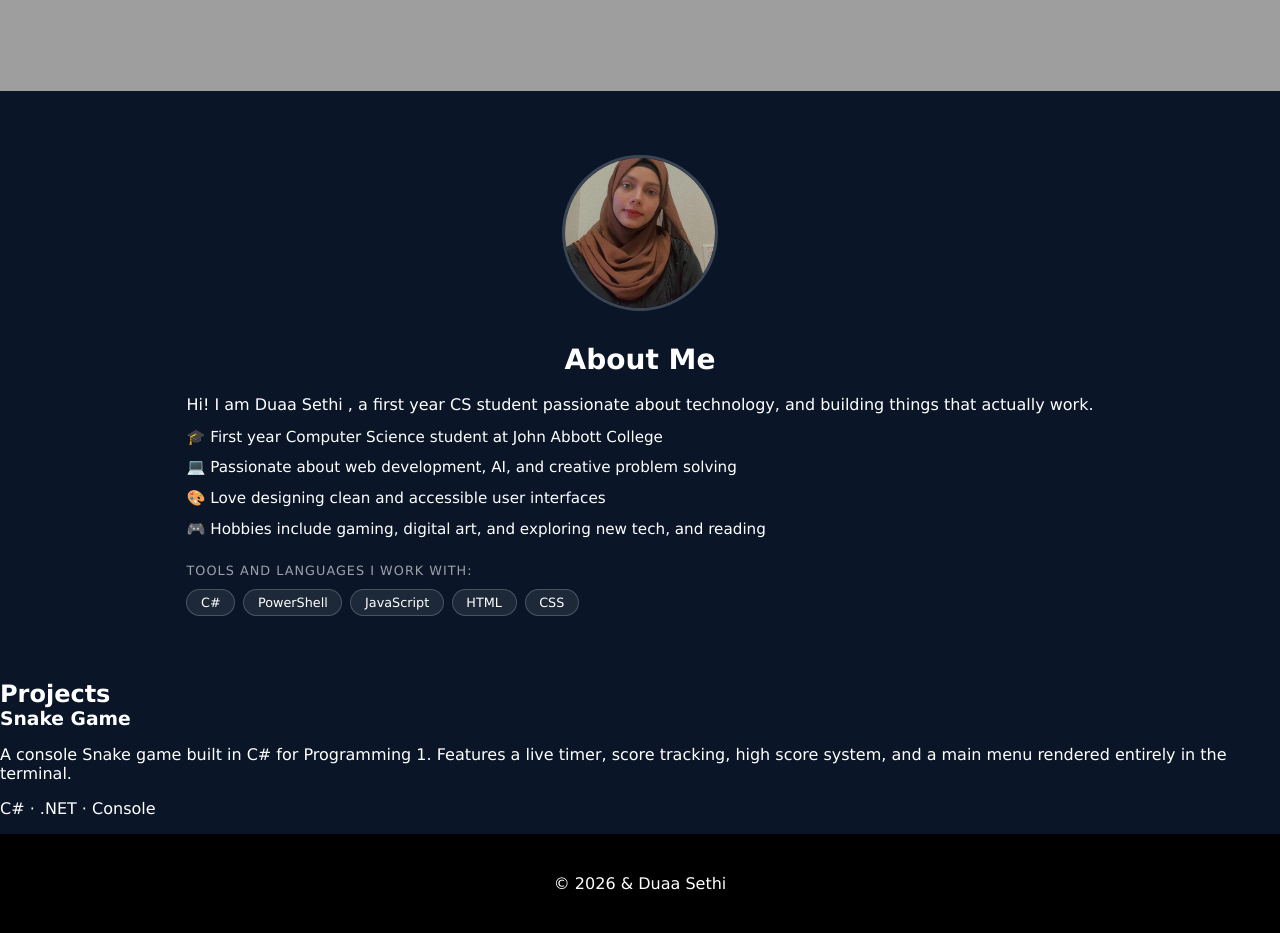
Repository: Duaa-Sethi/Duaa-Sethi
Page: index.html
An editor plug-in stored every save of this project. The page is shown before and after the next save, followed by the edit.
The browser window is 1280 px wide. The pictures show the part of the page from y = 744 to 1696 px (the page is 1677 px tall before and 1696 px after).
Pictures or frames that could not be fetched are drawn as grey boxes. Some web fonts or font styles are not loaded; a fallback is used.

Above is the page before, as saved 2026-05-02 15:09:23.

### index.html
<!doctype html>
<html lang="en">
  <head>
    <meta charset="UTF-8" />
    <meta name="viewport" content="width=device-width, initial-scale=1.0" />
    <title>Dua Portfolio</title>
    <link rel="stylesheet" href="./styles/index.css" />
    <link rel="stylesheet" href="./styles/globals.css" />
  </head>
  <body>
    <!-- NAV -->
    <nav>
      <ul>
        <li><a href="#about">About</a></li>
        <li><a href="#projects">Projects</a></li>
        <li><a href="#contact">Contact</a></li>
      </ul>
    </nav>

    <!-- HERO -->
    <section class="hero">
      <article>
        <h1>Duaa Sethi Portfolio</h1>
        <p>Developer · Designer · Creator</p>
        <a href="#projects">View Projects</a>
      </article>
    </section>

    <!-- ABOUT -->
    <section class="about" id="about">
      <img src="./assets/images/Dua Sethi.jpeg" alt="Photo of Duaa Sethi" />
      <div class="about-text">
        <h2>About Me</h2>
        <p>
          Hi! I am Duaa Sethi , a first year CS student passionate about
          technology, and building things that actually work.
        </p>

        <ul class="about-list">
          <li>🎓 First year Computer Science student at John Abbott College</li>
          <li>
            💻 Passionate about web development, AI, and creative problem
            solving
          </li>
          <li>🎨 Love designing clean and accessible user interfaces</li>
          <li>
            🎮 Hobbies include gaming, digital art, and exploring new tech, and
            reading
          </li>
        </ul>

        <p class="tools-label">Tools and languages I work with:</p>
        <ul class="tools-list">
          <li>C#</li>
          <li>PowerShell</li>
          <li>JavaScript</li>
          <li>HTML</li>
          <li>CSS</li>
        </ul>
      </div>
    </section>

    <!-- PROJECTS -->
    <section class="projects" id="projects">
      <h2>Projects</h2>
      <div class="cards">
        <article class="card">
          <h3>Snake Game</h3>
          <p>
            A console Snake game built in C# for Programming 1. Features a live
            timer, score tracking, high score system, and a main menu rendered
            entirely in the terminal.
          </p>
          <p class="tech">C# · .NET · Console</p>
        </article>
      </div>
    </section>

    <footer>
      <p>© 2026 & Duaa Sethi</p>
    </footer>
  </body>
</html>

### styles/index.css
body {
  background-color: #0a1628;
}

/* NAV */
nav {
  position: sticky;
  top: 0;
  background-color: black;
  padding: 0 1.5rem;
}

nav ul {
  display: flex;
  justify-content: flex-end;
  gap: 1.5rem;
  padding: 1rem 0;
}

nav ul li a {
  font-size: 0.9rem;
}

.hero {
  display: flex;
  align-items: center;
  justify-content: center;
  text-align: center;
  min-height: 100vh;
  padding: 2rem 1.5rem;

  /* dont memorize, copy paste background defs */
  background-image: url(../assets/images/starry\ sky\ animated\ gif\ -\ Google\ Search.gif);
  background-size: cover;
  background-position: center;
  background-repeat: no-repeat;
}

.hero h1 {
  font-size: 2rem;
  margin-bottom: 0.75rem;
}

.hero p {
  font-size: 1rem;
  opacity: 0.75;
  margin: 0 0 1.5rem 0;
}

.hero a {
  border: 2px solid white;
  padding: 0.5rem 1.25rem;
  border-radius: 20px;
  font-size: 0.9rem;
}

.hero a:hover {
  background-color: white;
  color: #0a1628;
  text-decoration: none;
}

/* ABOUT */
.about {
  display: flex;
  flex-direction: column;
  align-items: center;
  gap: 2rem;
  padding: 4rem 1.5rem;
  text-align: center;
}

.about img {
  width: 150px;
  height: 150px;
  border-radius: 50%;
  object-fit: cover;
  border: 3px solid rgba(255, 255, 255, 0.2);
}

.about h2 {
  font-size: 1.75rem;
  margin-bottom: 1rem;
}

.about p {
  margin: 0 0 0.5rem 0;
  line-height: 1.6;
}

.about-list {
  display: flex;
  flex-direction: column;
  gap: 0.5rem;
  text-align: left;
  margin-bottom: 1.25rem;
}

.about-list li {
  font-size: 0.95rem;
  line-height: 1.5;
}

.tools-label {
  font-size: 0.8rem;
  opacity: 0.6;
  text-transform: uppercase;
  letter-spacing: 0.08em;
  text-align: left;
  margin-bottom: 0.5rem;
}

.tools-list {
  display: flex;
  flex-wrap: wrap;
  gap: 0.5rem;
  text-align: left;
}

.tools-list li {
  background-color: rgba(255, 255, 255, 0.08);
  border: 1px solid rgba(255, 255, 255, 0.2);
  border-radius: 20px;
  padding: 0.3rem 0.85rem;
  font-size: 0.8rem;
}
footer {
  text-align: center;
  padding: 1.5rem;
  background-color: black;
}

@media only screen and (min-width: 600px) {
  h1 {
    font-size: 4rem;
  }
}

@media only screen and (min-width: 992px) {
  h1 {
    font-size: 5rem;
  }
}

### styles/globals.css
/* FONT DEFS */
@font-face {
  font-family: "main font";
  src: url(../assets/fonts/NewsCycle-Regular.ttf);
}

/* CROSS PAGE STYLES */
body {
  font-family: "main font", Verdana, sans-serif;
  color: white;
  margin: 0;
}

h1 {
  font-weight: bold;
  font-size: 1.5rem;
}

a {
  text-decoration: none;
  color: white;
}
h2,
h3 {
  margin: 0;
}
a:hover {
  text-decoration: underline;
}
ul {
  list-style: none;
  padding: 0;
  margin: 0;
}

After the next save:
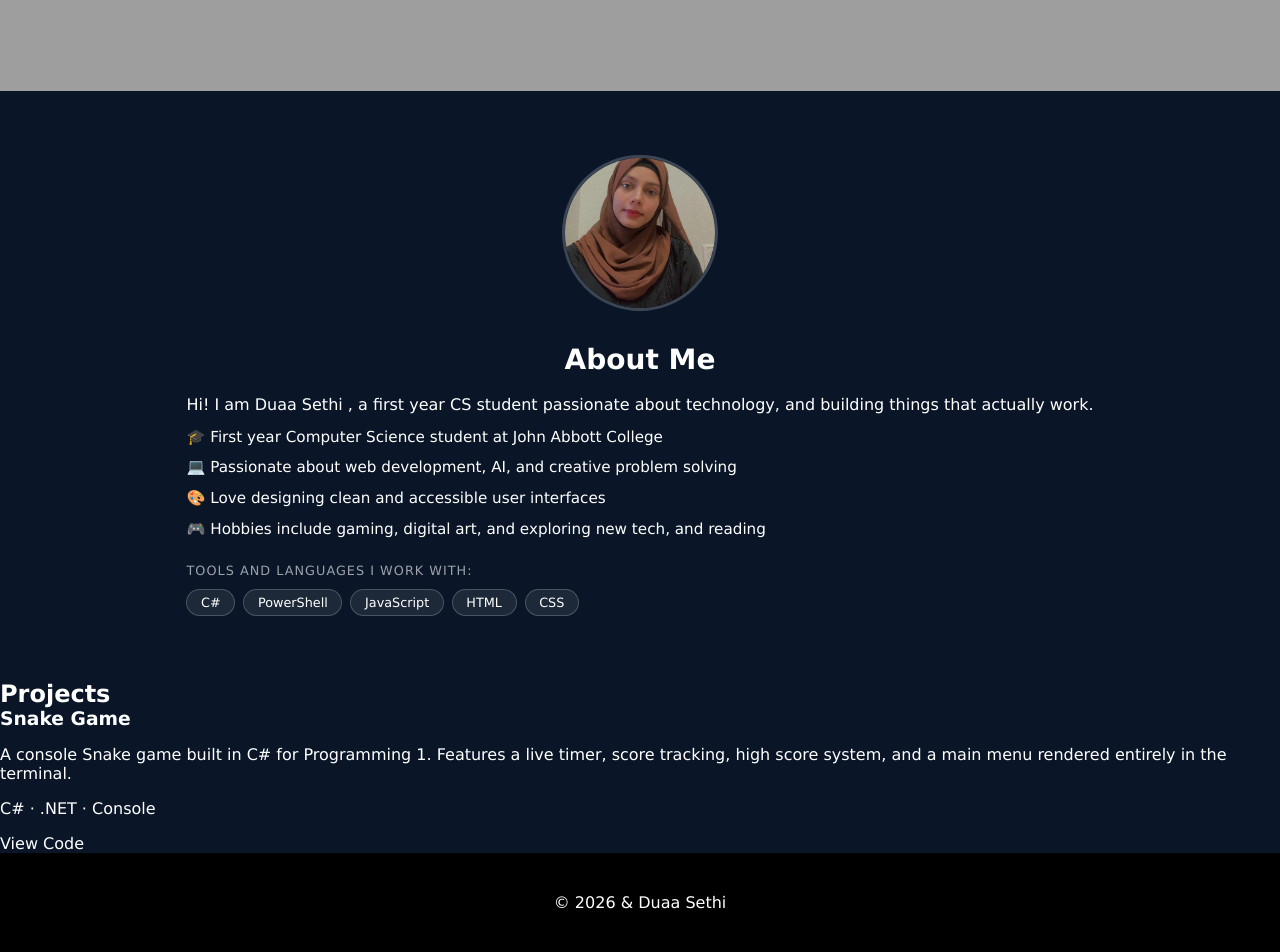
Saved 14 s later.
--- a/index.html
+++ b/index.html
@@ -72,6 +72,11 @@
             entirely in the terminal.
           </p>
           <p class="tech">C# · .NET · Console</p>
+          <a
+            href="https://github.com/Duaa-Sethi/Programming1-project-Dua-Sethi"
+            target="_blank"
+            >View Code</a
+          >
         </article>
       </div>
     </section>
